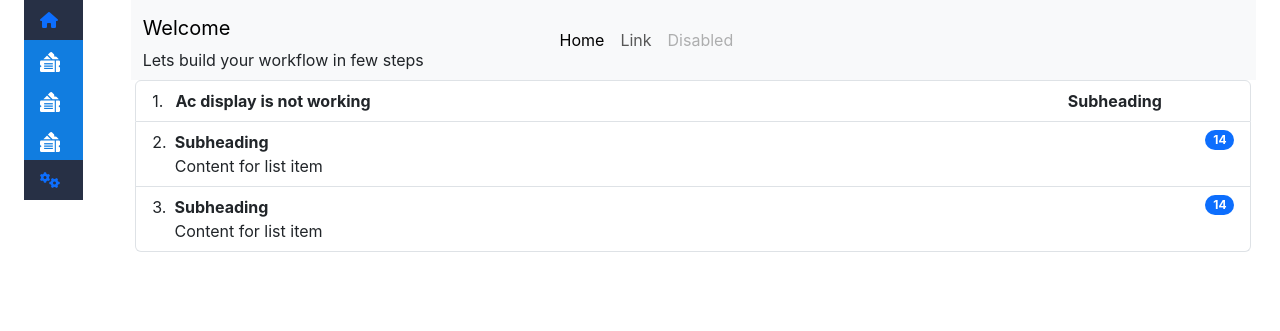
Repository: rishikarajeev/GL_HelpDesk
Page: /showtickets
An editor plug-in stored every save of this project. The page is shown before and after a run of saves, followed by the edit.
The browser window is 1280 px wide. The pictures show the whole page.
The project was rebuilt for these pictures with package versions that can differ from the ones it lists, and the page was loaded fresh each time. Also part of the build but not shown: src/App.css, src/Pages/HomePage.jsx.

Above is the page before, as saved 2024-01-08 21:19:56.

### public/index.html
<!DOCTYPE html>
<html lang="en">
  <head>
    <meta charset="utf-8" />
    <link rel="icon" href="%PUBLIC_URL%/favicon.ico" />
    <meta name="viewport" content="width=device-width, initial-scale=1" />
    <meta name="theme-color" content="#000000" />
    <meta
      name="description"
      content="Web site created using create-react-app"
    />
    <link rel="apple-touch-icon" href="%PUBLIC_URL%/logo192.png" />
    <link href="https://cdn.jsdelivr.net/npm/bootstrap@5.3.2/dist/css/bootstrap.min.css" rel="stylesheet" integrity="sha384-T3c6CoIi6uLrA9TneNEoa7RxnatzjcDSCmG1MXxSR1GAsXEV/Dwwykc2MPK8M2HN" crossorigin="anonymous">
   <script src="https://cdn.jsdelivr.net/npm/bootstrap@5.3.2/dist/js/bootstrap.bundle.min.js" integrity="sha384-C6RzsynM9kWDrMNeT87bh95OGNyZPhcTNXj1NW7RuBCsyN/o0jlpcV8Qyq46cDfL" crossorigin="anonymous"></script>
 <!--
      manifest.json provides metadata used when your web app is installed on a
      user's mobile device or desktop. See https://developers.google.com/web/fundamentals/web-app-manifest/
    -->
    <link rel="manifest" href="%PUBLIC_URL%/manifest.json" />
    <!--
      Notice the use of %PUBLIC_URL% in the tags above.
      It will be replaced with the URL of the `public` folder during the build.
      Only files inside the `public` folder can be referenced from the HTML.

      Unlike "/favicon.ico" or "favicon.ico", "%PUBLIC_URL%/favicon.ico" will
      work correctly both with client-side routing and a non-root public URL.
      Learn how to configure a non-root public URL by running `npm run build`.
    -->
    <title>React App</title>
  </head>
  <body>
    <noscript>You need to enable JavaScript to run this app.</noscript>
    <div id="root"></div>
    <!--
      This HTML file is a template.
      If you open it directly in the browser, you will see an empty page.

      You can add webfonts, meta tags, or analytics to this file.
      The build step will place the bundled scripts into the <body> tag.

      To begin the development, run `npm start` or `yarn start`.
      To create a production bundle, use `npm run build` or `yarn build`.
    -->
  </body>
</html>

### src/App.js
import logo from "./logo.svg";
import "./App.css";
import { BrowserRouter,Route,Routes } from "react-router-dom";
import ViewTickets from "./Pages/ViewTickets";
import HomePage from "./Pages/HomePage";
import SideBar from "./Components/SideBar";
import { Container, Row, Col } from "react-bootstrap";
import Header from "./Components/Header";

function App() {
  return (
    <BrowserRouter>
<Container fluid>
     <Row>
          <Col xl={1} >
            <SideBar />
            </Col>
            <Col xl={11}>
            <Header/>
            <Routes>
              <Route path="/" element={<HomePage />}></Route>
              <Route path="/showtickets" element={<ViewTickets />}></Route>
            </Routes>
            </Col>



         </Row>
       </Container>


    </BrowserRouter>
  );
}

export default App;

### src/Pages/ViewTickets.jsx
import React from 'react'

import "../Assets/Css/Styles.css"

function ViewTickets() {
  return (
    <div className='container'>


  <ol class="list-group list-group-numbered">
  <li class="list-group-item d-flex justify-content-between align-items-start">
  <div class="container">
  <div className='row'>
  <div className='col-10'>
  <div className='row'>
  <div class="fw-bold">Ac display is not working</div>
  </div>
  <div className='row'>
    </div>
    <div className='row'>
        </div>
  </div>
  <div className='col-2'>
  <div class="fw-bold">Subheading</div>
    </div>
</div>
</div>
  </li>
  <li class="list-group-item d-flex justify-content-between align-items-start">
    <div class="ms-2 me-auto">
      <div class="fw-bold">Subheading</div>
      Content for list item
    </div>
    <span class="badge bg-primary rounded-pill">14</span>
  </li>
  <li class="list-group-item d-flex justify-content-between align-items-start">
    <div class="ms-2 me-auto">
      <div class="fw-bold">Subheading</div>
      Content for list item
    </div>
    <span class="badge bg-primary rounded-pill">14</span>
  </li>
</ol>
</div>

  )
}

export default ViewTickets

### src/Components/SideBar.jsx
import React from "react";

import "@fortawesome/fontawesome-free/css/all.min.css";
import ticketIcon from "../Assets//Images/Layer_1.png"
import  "../Assets/Css/Styles.css"

function SideBar() {
  return (
    <div class="container-fluid  ">
      <div class="row">
        <nav id="sidebar" class=" sidebar  ">
          <div class="position-sticky sideBg">
            <ul class="nav flex-column">
              <li class="nav-item">
                <a class="nav-link active" href="/">
                  <i class="fas fa-home"></i>
                </a>
              </li>
              <li class="nav-item  selectedColor" >
              <a className="nav-link active" href="/showtickets">
              <img src={ticketIcon} alt="Home Icon" className="icon" />
              </a>
              </li>
              <li class="nav-item  selectedColor" >
              <a className="nav-link active" href="#">
              <img src={ticketIcon} alt="Home Icon" className="icon" />
              </a>
              </li>
              <li class="nav-item  selectedColor" >
              <a className="nav-link active" href="#">
              <img src={ticketIcon} alt="Home Icon" className="icon" />
              </a>
              </li>
              <li class="nav-item">
                <a class="nav-link" href="#">
                  <i class="fas fa-cogs"></i>
                </a>
              </li>
            </ul>
          </div>
        </nav>
      </div>
    </div>
  );
}

export default SideBar;

### src/Components/Header.jsx
import React from 'react'

function Header() {
  return (
    <div class="container-fluid">
    <nav class="navbar navbar-expand-lg bg-body-tertiary">
    <div class="container-fluid">
      <button class="navbar-toggler" type="button" data-bs-toggle="collapse" data-bs-target="#navbarTogglerDemo03" aria-controls="navbarTogglerDemo03" aria-expanded="false" aria-label="Toggle navigation">
        <span class="navbar-toggler-icon"></span>
      </button>
      <div className='row'>
      <a class="navbar-brand" href="#">Welcome </a>
      <span>Lets build your workflow in few steps</span>
      </div>
      <div class="collapse navbar-collapse" id="navbarTogglerDemo03">
        <ul class="navbar-nav me-auto mb-2 mb-lg-0 align-items-end">
          <li class="nav-item">
            <a class="nav-link active" aria-current="page" href="">Home</a>
          </li>
          <li class="nav-item">
            <a class="nav-link" href="#">Link</a>
          </li>
          <li class="nav-item">
            <a class="nav-link disabled" aria-disabled="true">Disabled</a>
          </li>
        </ul>

      </div>
    </div>
  </nav>
  </div>
  )
}

export default Header

### src/Assets/Css/Styles.css
.sideBg{
    background-color:  #273045;
}
.selectedColor{
    background-color:  #117DE0;

}
.bgColor{
    background-color:  #EFEFEF;

}

Loaded but not shown: src/index.js (common file); src/index.css (common file); src/reportWebVitals.js (common file)

After the next 2 saves:
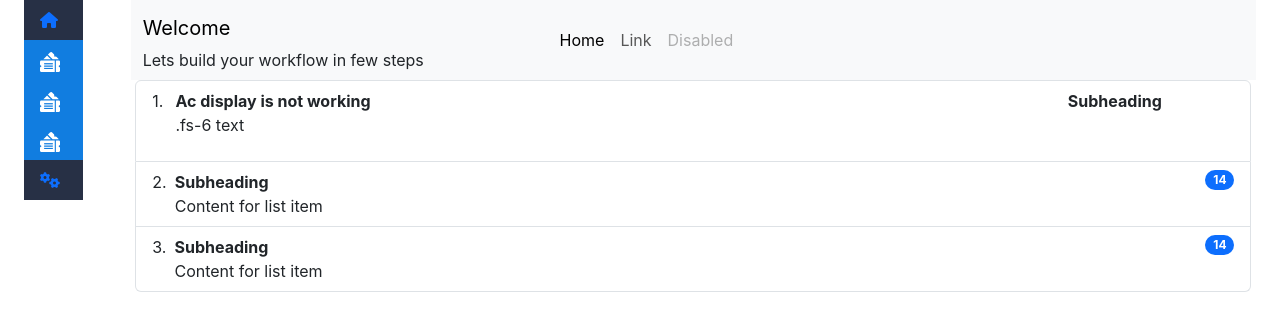
The 2 saves are shown as one change because they came seconds apart.
The last was saved 94 s later.
--- a/src/Pages/ViewTickets.jsx
+++ b/src/Pages/ViewTickets.jsx
@@ -16,6 +16,7 @@ function ViewTickets() {
   <div class="fw-bold">Ac display is not working</div>
   </div>
   <div className='row'>
+  <p class="fs-6">.fs-6 text</p>
     </div>
     <div className='row'>
         </div>
